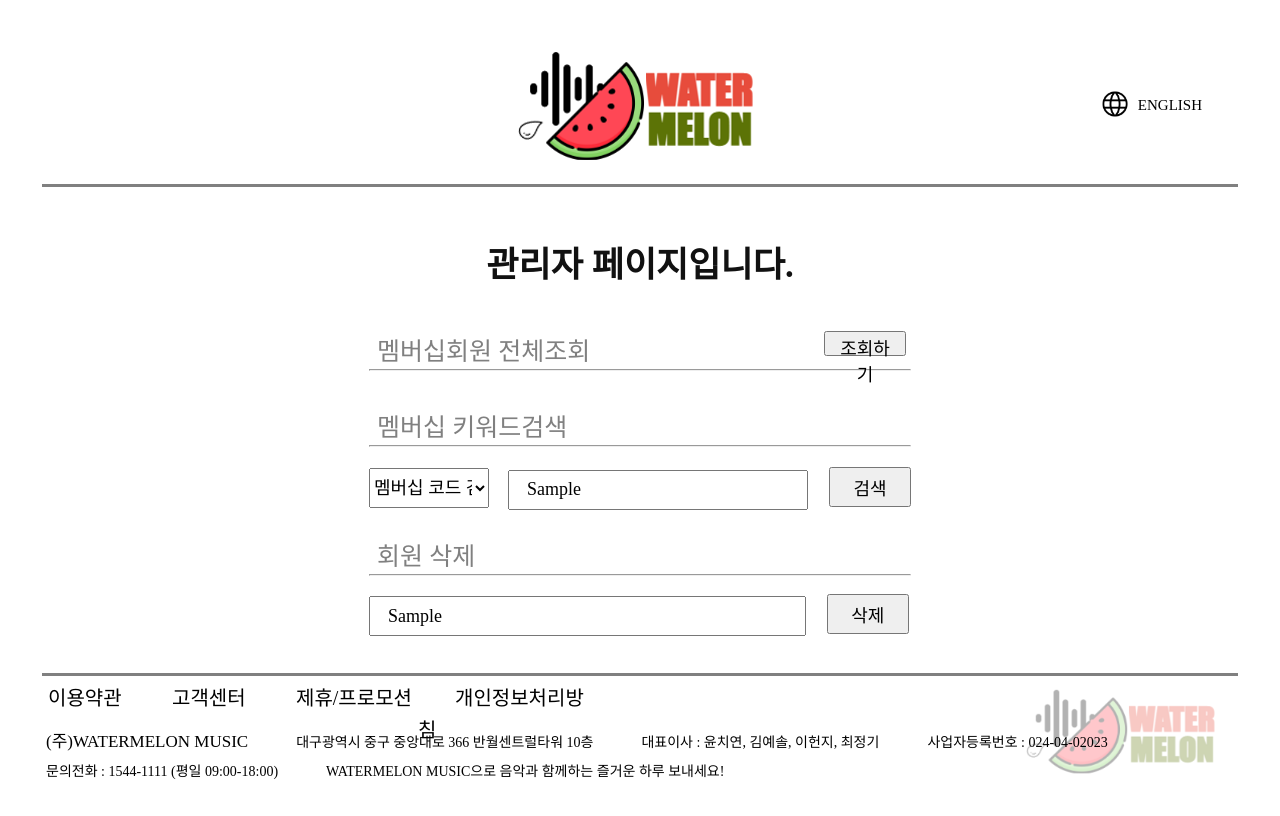
Repository: anchobb/TEAM_STS
Page: http://localhost/PJ_TEAM01/WEB-INF/views/membershipM.jsp
These files come from the project's save history. The page is drawn as it stood at one moment and after the next save; the edit follows.
The browser window is 1280 px wide. The pictures show the whole page.
Empty fields were first filled with sample values (such as "Sample", 5 or name@example.com).
After loading, the first visible `#select` was changed once.
Some web fonts or font styles are not loaded; a fallback is used. Some web libraries are served in a nearby version. The page is served by Tomcat 9. Nobody is signed in. The template is opened directly, without the code that normally fills it, so the values that code supplies are empty.

Above is the page before, as saved 2023-09-17 12:21:40.

### PJ_TEAM01/src/main/webapp/WEB-INF/views/membershipM.jsp
 <%@ page language="java" contentType="text/html; charset=UTF-8"
    pageEncoding="UTF-8"%>
<%@ taglib uri="http://java.sun.com/jsp/jstl/core" prefix="c"%>
<!DOCTYPE html>
<html>
<head>
<meta charset="UTF-8">
<title>MEMBER PAGE</title>
<style>
		<%@include file="/resources/static/css/common.css" %>
		<%@include file="/resources/static/css/header.css" %>
		<%@include file="/resources/static/css/membershipM_Page.css" %>
		<%@include file="/resources/static/css/footer.css" %>
</style>
</head>
<body>
<div class="wrapper">
<header>
   <div class="log-header">
       <a href=<c:url value="/indexlog" />><img class="logo" src="${pageContext.request.contextPath}/resources/static/img/로고.png" alt=""></a>
       <ul>
          <li><a href=""><img  src="${pageContext.request.contextPath}/resources/static/img/english.png" alt="">ENGLISH</a></li>
       </ul>
    </div>
    <div class="logheader_line"></div>
</header>
<section class="membership_M">
	<h1>관리자 페이지입니다.</h1>
	<ul>
		<li><span class="title">멤버십회원 전체조회<button class="alluser" id="showButton">조회하기</button></span><hr/></li>
		<div class="selectall">
			<table>
				<tr>
					<td class="search_title1" style="color:rgb(92, 115, 6);">CODE</td>
					<td class="search_title1" style="color:rgb(92, 115, 6);">ID</td>
					<td class="search_title1" style="color:rgb(92, 115, 6);">NAME</td>
					<td class="search_title2" style="color:rgb(92, 115, 6);">START_DATE</td>
					<td class="search_title2" style="color:rgb(92, 115, 6);">END_DATE</td>
				</tr>
    	<c:forEach items="${list}" var="dto">
				<tr>
					<td class="search_title1">${dto.membershipCode}</td>
					<td class="search_title1">${dto.id}</td>
					<td class="search_title1">${dto.name}</td>
					<td class="search_title2">${dto.startDate}</td>
					<td class="search_title2">${dto.endDate}</td>
				</tr>
		</c:forEach>
			</table>


    	</div>
		<br />
		<li><span class="title">멤버십 키워드검색</span><hr/></li>
		   <c:choose>
			    <c:when test="${selectedOption == 'code'}">
			        <!-- 'code' 옵션에 대한 HTML 렌더링 -->
			        <div class="search_block">
			            <form action="${pageContext.request.contextPath}/membership_selectCode" method="post">
			                <input type="text" class="search_input" name="code" placeholder="멤버십 코드를 입력하세요">
			                <button class="oneuser" type="submit">검색</button>
			            </form>
			        </div>
			    </c:when>
			    <c:when test="${selectedOption == 'id'}">
			        <!-- 'id' 옵션에 대한 HTML 렌더링 -->
			        <div class="search_block">
			            <form action="${pageContext.request.contextPath}/membership_selectId" method="post">
			                <input type="text" class="search_input" name="id" placeholder="검색할 ID를 입력하세요">
			                <button class="oneuser" type="submit">검색</button>
			            </form>
			        </div>
			    </c:when>
			    <c:when test="${selectedOption == 'endDate'}">
			        <!-- 'endDate' 옵션에 대한 HTML 렌더링 -->
			        <div class="search_block">
			            <form action="${pageContext.request.contextPath}/membership_selectDate" method="post">
			                <input type="text" class="search_input" name="endDate" placeholder="검색할 종료 날짜를 입력하세요">
			                <button class="oneuser" type="submit">검색</button>
			            </form>
			        </div>
			    </c:when>
			    <c:otherwise>
			        <!-- 옵션이 선택되지 않은 경우 기본 HTML 렌더링 -->
			        <div class="search_block">
			            <select id="select">
			                <option value="">키워드 선택</option>
			                <option value="code">멤버십 코드 검색</option>
			                <option value="id">ID 검색</option>
			                <option value="endDate">종료 날짜 검색</option>
			            </select>
			            <form action="${pageContext.request.contextPath}/membership_select" method="post">
			                <input type="text" class="search_input" placeholder="검색할 키워드를 선택하세요">
			                <button class="oneuser" type="submit">검색</button>
			            </form>
			        </div>
			    </c:otherwise>
			</c:choose>

		    <div class="oneshowBlock"></div>
		<br />
		<li><span class="title">회원 삭제</span><hr/></li>
		<form action="${pageContext.request.contextPath}/membership_delete" method="post">
    	<input type="text" id="remove_input" name="id" placeholder="멤버십에서 삭제할 ID를 입력하세요">
    	<button class="ms_delete">삭제</button>
		</form>
		<br />
	</ul>

</section>
<footer>
    <div class="footer_line"></div>
    <div>
        <ul class="footer_menu">
           <li><a href="">이용약관</a></li>
           <li><a href="">고객센터</a></li>
           <li><a href="">제휴/프로모션</a></li>
           <li style="width:170px"><a href=""> &nbsp;&nbsp;&nbsp;&nbsp;&nbsp;&nbsp;&nbsp;개인정보처리방침</a></li>
        </ul>
    </div>
    <p></p>
    <div class="Site_info">
        <img id="footer_logo" src="${pageContext.request.contextPath}/resources/static/img/로고.png" alt="">
        <span class="Sitename">(주)WATERMELON MUSIC</span>
        <span>대구광역시 중구 중앙대로 366 반월센트럴타워 10층</span>
        <span>대표이사 : 윤치연, 김예솔, 이헌지, 최정기</span>
        <span>사업자등록번호 : 024-04-02023</span>
        <br>
        <span>문의전화 : 1544-1111 (평일 09:00-18:00)</span>
        <span>WATERMELON MUSIC으로 음악과 함께하는 즐거운 하루 보내세요!</span>
     </div>
</footer>
</div>


<script src="https://cdnjs.cloudflare.com/ajax/libs/axios/1.4.0/axios.min.js" integrity="sha512-uMtXmF28A2Ab/JJO2t/vYhlaa/3ahUOgj1Zf27M5rOo8/+fcTUVH0/E0ll68njmjrLqOBjXM3V9NiPFL5ywWPQ==" crossorigin="anonymous" referrerpolicy="no-referrer"></script>


	<script>
	//회원 전체조회 script
		document.addEventListener('DOMContentLoaded', function() {
	       // 버튼 클릭 이벤트 핸들러
	       var showButton = document.getElementById('showButton');
	       var selectAllDiv = document.querySelector('.selectall');

	       showButton.addEventListener('click', function() {
	           // 현재 상태를 확인하여 토글
	           if (selectAllDiv.style.display === 'none' || selectAllDiv.style.display === '') {
	               selectAllDiv.style.display = 'block'; // 보이도록 함
	           } else {
	               selectAllDiv.style.display = 'none'; // 숨김
	           }
	       });
	   });


	//회원 단건조회 script
document.addEventListener('DOMContentLoaded', function() {
    var select = document.getElementById('select');
    var searchBlock = document.querySelector('.search_block');

    // 옵션 선택이 변경될 때 이벤트 리스너 추가
    select.addEventListener('change', function() {
        var selectedOption = select.value;
        var formAction = '';
        var inputName = '';
        var inputPlaceholder = '';

        // 선택된 옵션에 따라서 form action, input name, placeholder 설정
        if (selectedOption === 'code') {
            formAction = '${pageContext.request.contextPath}/membership_selectCode';
            inputName = 'code';
            inputPlaceholder = '멤버십 코드를 입력하세요';
        } else if (selectedOption === 'id') {
            formAction = '${pageContext.request.contextPath}/membership_selectId';
            inputName = 'id';
            inputPlaceholder = '검색할 ID를 입력하세요';
        } else if (selectedOption === 'endDate') {
            formAction = '${pageContext.request.contextPath}/membership_selectDate';
            inputName = 'endDate';
            inputPlaceholder = '검색할 종료 날짜를 입력하세요';
        } else {
            // 기본 옵션 처리
            formAction = '${pageContext.request.contextPath}/membershipM';
            inputName = '';
            inputPlaceholder = '검색할 키워드를 선택하세요';
        }

        // 폼과 입력 필드 업데이트
        var form = searchBlock.querySelector('form');
        form.action = formAction;
        var input = form.querySelector('.search_input');
        input.name = inputName;
        input.placeholder = inputPlaceholder;
    });
});




	//회원 삭제 script
	document.addEventListener("DOMContentLoaded", function () {
       const form = document.querySelector('.ms_delete');
       const searchInput = document.querySelector('#remove_input');

       form.addEventListener('click', async function (event) {
           event.preventDefault();

           const searchValue = searchInput.value;

           try {
               const response = await axios.post('/app/membership_delete', null, {
                   params: { id: searchValue }
               });
               console.log('서버 응답:', response);
               alert('삭제가 완료되었습니다.');
               location.reload();
           } catch (error) {
               if (error.response) {
                   console.error('서버 응답 오류:', error.response.data);
               } else {
                   console.error('요청 오류:', error.message);
               }
               // 오류가 발생했을 때 처리
               alert('삭제에 실패했습니다.');
           }
       });
   });


	</script>

</body>
</html>

### PJ_TEAM01/src/main/webapp/resources/static/css/common.css
@font-face {
    font-family: 'SDSamliphopangche_Basic';
    src: url('https://cdn.jsdelivr.net/gh/projectnoonnu/noonfonts-20-12@1.0/SDSamliphopangche_Basic.woff') format('woff');
    font-weight: normal;
    font-style: normal;
}

* {
    margin: 2px;
    box-sizing: border-box;
    font-family: 'SDSamliphopangche_Basic';
}

ul {
    list-style: none;
    padding: 0px;
    margin: 0px;
    color: black;
}

a {
    text-decoration: none;
    color: black;
}

.wrapper {
    width: 1200px;
    margin: 30px auto;
}

.wrapper>nav>.mobilemenu>.material-symbols-outlined{
    font-variation-settings:
    'FILL' 0,
    'wght' 400,
    'GRAD' 0,
    'opsz' 48}

### PJ_TEAM01/src/main/webapp/resources/static/css/header.css
/* header */
.wrapper>header {
    height:130px;
    /* border: 1px solid red; */
    margin-top: 20px;
}

/* 탑헤더 내 로고, 검색창, 퀵메뉴 전체 */
.wrapper>header>.top-header{
    height: 110px;
    /* border: 1px solid green; */
    display: flex;
    justify-content: space-between;
    align-items: center;
}

/* 탑헤더 내 로고 */
.wrapper>header>.top-header>.logo{
    margin-top: 0;
    width: 240px;
    height: 120px;
}

/* 탑헤더 내 검색창 */
.wrapper>header>.top-header>form .search_box{
    height: 38px;
    width: 500px;
    border: 3px solid rgb(92, 115, 6);
    position: relative;
    border-radius: 7px;
    line-height: 35px;
    padding-left: 10px;
}

.wrapper>header>.top-header>form .search_box>div{
    /* border: 1px solid rosybrown; */
    height: 35px;
    width: 110px;
    font-size: 20px;
    text-align: center;
    line-height: 35px;
    margin-top: -1px;
    margin-left: -10px;
    border-right: 3px solid rgb(92, 115, 6);
    background-color: rgba(92, 115, 6, 0.43);
}

.wrapper>header>.top-header>form .search_box>input {
    height: 30px;
    width: 340px;
    border: 1px;
    outline: 1px;
    position: absolute;
    top: -1px;
    left: 115px;
    font-size: 15px;
    color: black;
    font-family: 'NanumSquareBold';
}

.wrapper>header>.top-header>form .search_box>img {
    position: absolute;
    width: 30px;
    height: 30px;
    top: 0px;
    left: 92%;
    display: block;
}

/* 헤더 내 퀵메뉴 */
.wrapper>header>.top-header>ul {
    /* border: 1px solid red; */
    display: flex;
    justify-content: right;
    align-items: center;
}

.wrapper>header>.top-header>ul>li {
    /* border: 1px solid gray; */
    width: 110px;
    position: relative;
    text-align: center;
}

.wrapper>header>.top-header>ul>li>a {
    display: block;
    font-size: 16px;
    position: relative;
    left: 15px;
}

.wrapper>header>.top-header>ul>li>a>img{
    width: 20px;
    height: 18px;
    justify-content: center;
    align-content: center;
    position: absolute;
    top: -2.5px;
    left: -5px;
}

/* nav부분 STYLE */
.wrapper>nav>.navi{
    display: flex;
    justify-content: space-between;
}

/* 왼쪽 nav one-depth */
.wrapper>nav>.navi>.Menu_left>.one--depth {
    width: 100%;
    height: 60px;
    display: flex;
}

.wrapper>nav>.navi>.Menu_left>.one--depth>li {
    position: relative;
    height: 35px;
}

.wrapper>nav>.navi>.Menu_left>.one--depth>li>a {
    display: block;
    font-size: 20px;
    width: 110px;
    /* transition: 1s; */

}

/* 왼쪽 nav two-depth */
.wrapper>nav>.navi>.Menu_left>.one--depth>li>.two--depth {
    position: absolute;
    display: none;

}

.wrapper>nav>.navi>.Menu_left>.one--depth>li>.two--depth>li {
    height: 30px;
    line-height: 30px;

}

.wrapper>nav>.navi>.Menu_left>.one--depth>li>.two--depth>li>a {
    display: block;
    width: 120px;
    font-size: 17px;
}

.wrapper>nav>.navi>.Menu_left>.one--depth>li>a:hover {
    font-size: 22px;
}

.wrapper>nav>.navi>.Menu_left>.one--depth>li:hover .two--depth {
    display: flex;
}

.wrapper>nav>.navi>.Menu_left>.one--depth>li>.two--depth>li>a:hover {
    font-size: 18px;
    transition: 0.7s;
    color: rgb(192, 57, 43);
}

/* 오른쪽 nav one-depth */
.wrapper>nav>.navi>.Menu_right>.one--depth {
    width: 100%;
    height: 60px;
    display: flex;
}

.wrapper>nav>.navi>.Menu_right>.one--depth>li {
    position: relative;
    height: 35px;
}

.wrapper>nav>.navi>.Menu_right>.one--depth>li>a {
    display: block;
    font-size: 20px;
    width: 110px;
    text-align: right;
}

/* 오른쪽 nav two-depth */
.wrapper>nav>.navi>.Menu_right>.one--depth>li>.two--depth {
    position: absolute;
    display: none;
}

.wrapper>nav>.navi>.Menu_right>.one--depth>li>.two--depth>li {
    height: 30px;
    line-height: 30px;
}

.wrapper>nav>.navi>.Menu_right>.one--depth>li>.two--depth>li>a {
    display: block;
    width: 110px;
    font-size: 17px;
    text-align: center;
}

.wrapper>nav>.navi>.Menu_right>.one--depth>li>a:hover {
    font-size: 22px;
}

.wrapper>nav>.navi>.Menu_right>.one--depth>li:hover .two--depth {
    display: flex;
    text-align: right;
    right: -12px;
}

.wrapper>nav>.navi>.Menu_right>.one--depth>li>.two--depth>li>a:hover {
    font-size: 18px;
    transition: 0.7s;
    color: rgb(192, 57, 43);
}

/* header_line */
.wrapper>.header_line {
    display: block;
    background-color: gray;
    height: 3px;
    width: 100%;
    margin: 5px auto;
}

.wrapper>footer>#footer_logo{
    border: 1px solid;
    opacity: 0.6;
    margin-bottom: 500px;
}


.wrapper>header>.log-header{
    height: 150px;
    position: relative;
    display: flex;
    justify-content: center;
    align-items: center;
}

.logheader_line{
    display: block;
    background-color: gray;
    height: 3px;
    width: 100%;
    margin: 0 auto;
}


/* login header */

.wrapper>header>.log-header>a>.logo{
    margin-top: 0;
}

.wrapper>header>.log-header>ul{
    position: absolute;
    right: 30px;
}

.wrapper>header>.log-header>ul>li{
    display: inline-block;
    height: 40px;
    text-align: center;
    line-height: 35px;
}

.wrapper>header>.log-header>ul>li>a{
    font-size: 15px;
    position: relative;

}

.wrapper>header>.log-header>ul>li>a>img{
    position: absolute;
    width: 30px;
    height: 30px;
    right: 70px;
}

.wrapper>nav>.mobilemenu{
    display: none;
}

### PJ_TEAM01/src/main/webapp/resources/static/css/membershipM_Page.css
li{
    list-style: none;
    }

    .membership_M {
        width: 550px;
        display: block;
        height: 100%;
        padding-top: 50px;
        margin: 0 auto;
    }

    .membership_M h1 {
        padding-top: 20px;
        font-size: 35px;
        color: #111;
        text-align: center;
    }

  	.membership_M>ul {
        padding: 40px 0 10px;
    }

    .membership_M>ul li {
        padding: 0 0 12px;
        text-align: left;
    }

    .membership_M>ul li .title {
		font-size: 25px;
		display: block;
		margin-left: 10px;
		color: gray;
	}

	.search_block{
		display: flex;
	}

	.membership_M select{
		width: 120px;
		height: 40px;
		text-align: center;
		margin-top:5px;
		margin-right: 15px;
		font-size: 18px;
	}

	.search_input{
	 	width: 300px;
        height: 40px;
        box-sizing: border-box;
        text-indent: 15px;
        font-size: 18px;
        color: black;
        font-family: 'SDSamliphopangche_Basic';
	}


	#remove_input{
        width: 80%;
        height: 40px;
        box-sizing: border-box;
        text-indent: 15px;
        font-size: 18px;
        color: black;
        font-family: 'SDSamliphopangche_Basic';
    }

    .membership_M>form input::-webkit-input-placeholder {
        font-size: 18px;
        color: gray;
    }

	.membership_M .title>.alluser{
		width: 82px;
        height: 25px;
        font-size: 18px;
        cursor: pointer;
        display: inline-block;
        margin: 0 5px;
        float: right;

	}

	table{
		table-layout: fixed;
		border-collapse: collapse;
	 	width: 540px;
	}

	td{
		border-bottom: 1px solid black;
	 	overflow: hidden;
	 	text-overflow: ellipsis;
	  	white-space: nowrap;
	  	padding:5px;
	}

	th:first-child, td:first-child {
    	border-left: none;
  	}

	.search_title1{
		width:80px;
		font-size:18px;
	}

	.search_title2{
		width:150px;
		font-size:18px;
	}


    .membership_M form .oneuser, .ms_delete{
        width: 82px;
        height: 40px;
        margin-left: 15px;
        margin-right: 0px;
        font-size: 18px;
        cursor: pointer;
    }

	.selectall {
        display: none;
        font-size: 20px;
		text-align: center;
    }

### PJ_TEAM01/src/main/webapp/resources/static/css/footer.css
/* footer */

/* footer line */
.wrapper>footer>.footer_line {
    display: block;
    background-color: gray;
    height: 3px;
    width: 100%;
    margin: 5px auto;
}

/* footer */
.wrapper>footer>div>.footer_menu {
    display: flex;
    /* border: 1px solid; */
    height: 40px;
}

.wrapper>footer>div>.footer_menu>li{
    /* border: 1px solid red; */
    width: 120px;
    height: 30px;
    line-height: 30px;
}

.wrapper>footer>div>.footer_menu>li>a{
    font-family: 'SDSamliphopangche_Basic';
    font-size: 20px;
}

.wrapper>footer>.Site_info{
    position: relative;
}

.wrapper>footer>.Site_info>#footer_logo{
    position: absolute;
    top: -50px;
    right: 0;
    width: 220px;
    height: 110px;
    opacity: 0.3;
    z-index: -1;
}

.wrapper>footer>.Site_info>span{
    display: inline-block;
    font-size: 14px;
    padding: 2px 40px 2px 0;
}

.wrapper>footer>.Site_info>.Sitename{
    font-family: 'SDSamliphopangche_Basic';
    font-size: 17px;
}

After the next save:
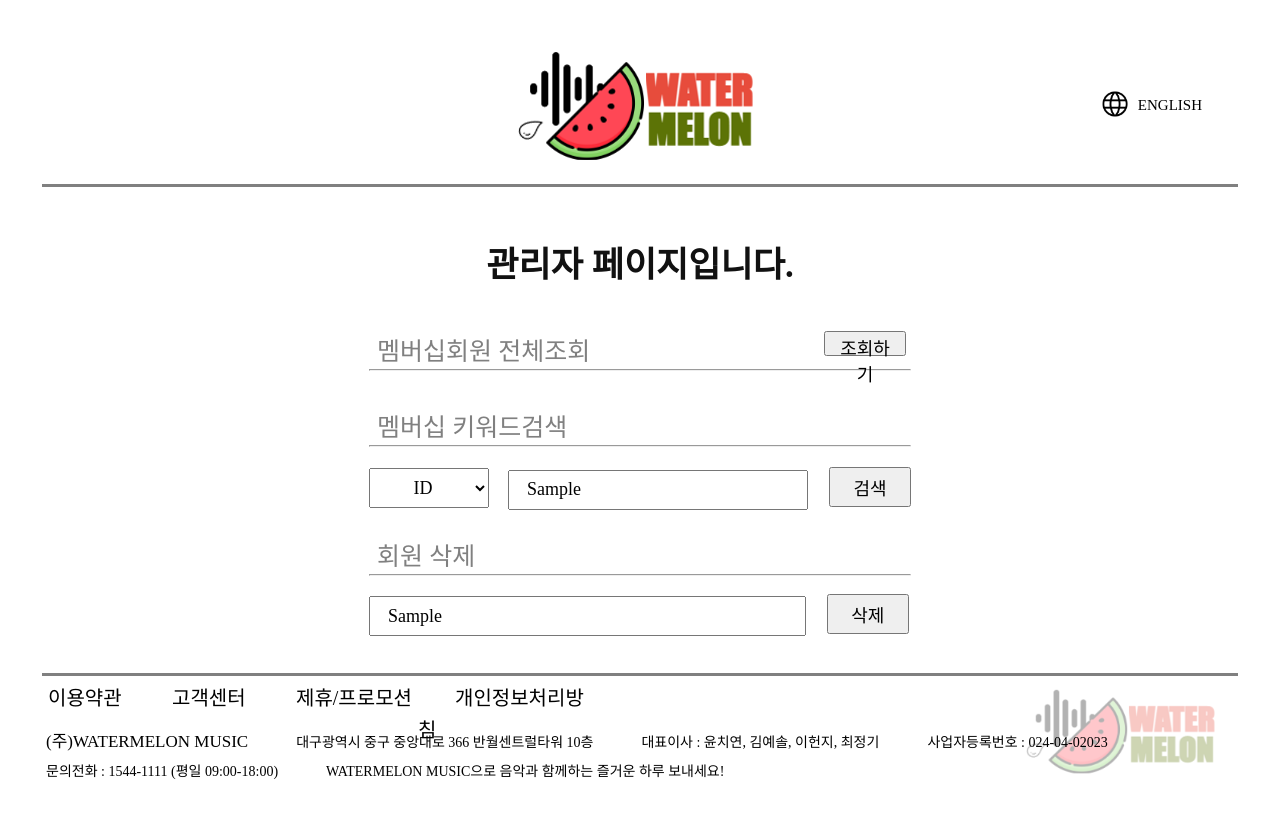
Saved 77 s later.
--- a/PJ_TEAM01/src/main/webapp/WEB-INF/views/membershipM.jsp
+++ b/PJ_TEAM01/src/main/webapp/WEB-INF/views/membershipM.jsp
@@ -53,20 +53,20 @@
 		<br />
 		<li><span class="title">멤버십 키워드검색</span><hr/></li>
 		   <c:choose>
+			    <c:when test="${selectedOption == 'id'}">
+			        <!-- 'id' 옵션에 대한 HTML 렌더링 -->
+			        <div class="search_block">
+			            <form action="${pageContext.request.contextPath}/membership_selectId" method="post">
+			                <input type="text" class="search_input" name="id" placeholder="검색할 ID를 입력하세요">
+			                <button class="oneuser" type="submit">검색</button>
+			            </form>
+			        </div>
+			    </c:when>
 			    <c:when test="${selectedOption == 'code'}">
 			        <!-- 'code' 옵션에 대한 HTML 렌더링 -->
 			        <div class="search_block">
 			            <form action="${pageContext.request.contextPath}/membership_selectCode" method="post">
 			                <input type="text" class="search_input" name="code" placeholder="멤버십 코드를 입력하세요">
-			                <button class="oneuser" type="submit">검색</button>
-			            </form>
-			        </div>
-			    </c:when>
-			    <c:when test="${selectedOption == 'id'}">
-			        <!-- 'id' 옵션에 대한 HTML 렌더링 -->
-			        <div class="search_block">
-			            <form action="${pageContext.request.contextPath}/membership_selectId" method="post">
-			                <input type="text" class="search_input" name="id" placeholder="검색할 ID를 입력하세요">
 			                <button class="oneuser" type="submit">검색</button>
 			            </form>
 			        </div>
@@ -85,9 +85,9 @@
 			        <div class="search_block">
 			            <select id="select">
 			                <option value="">키워드 선택</option>
-			                <option value="code">멤버십 코드 검색</option>
-			                <option value="id">ID 검색</option>
-			                <option value="endDate">종료 날짜 검색</option>
+			                <option value="id">ID</option>
+			                <option value="code">멤버십 코드</option>
+			                <option value="endDate">종료 날짜</option>
 			            </select>
 			            <form action="${pageContext.request.contextPath}/membership_select" method="post">
 			                <input type="text" class="search_input" placeholder="검색할 키워드를 선택하세요">
@@ -167,14 +167,14 @@
         var inputPlaceholder = '';
 
         // 선택된 옵션에 따라서 form action, input name, placeholder 설정
-        if (selectedOption === 'code') {
+        if (selectedOption === 'id') {
+            formAction = '${pageContext.request.contextPath}/membership_selectId';
+            inputName = 'id';
+            inputPlaceholder = '검색할 ID를 입력하세요';
+        } else if (selectedOption === 'code') {
             formAction = '${pageContext.request.contextPath}/membership_selectCode';
             inputName = 'code';
             inputPlaceholder = '멤버십 코드를 입력하세요';
-        } else if (selectedOption === 'id') {
-            formAction = '${pageContext.request.contextPath}/membership_selectId';
-            inputName = 'id';
-            inputPlaceholder = '검색할 ID를 입력하세요';
         } else if (selectedOption === 'endDate') {
             formAction = '${pageContext.request.contextPath}/membership_selectDate';
             inputName = 'endDate';
